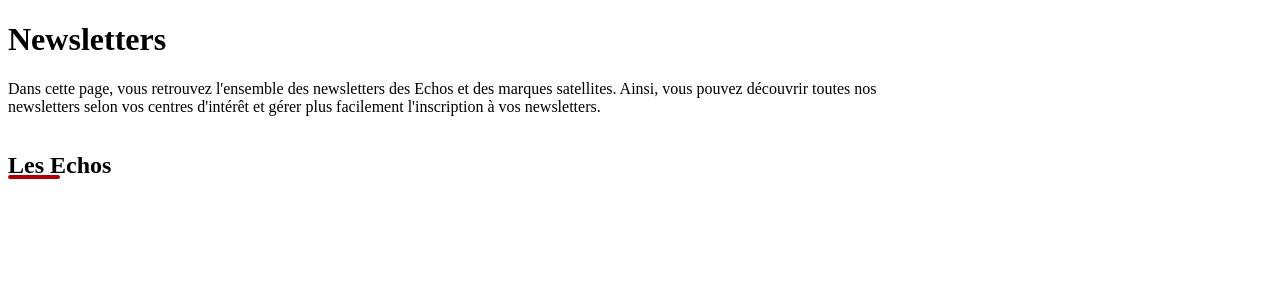
Repository: JeremyBeherec/technical-test-les-echos
Page: /
The author's editor kept a copy of each file at every save. The page is drawn from the files as they stood at one save, then again after the next save.
The browser window is 1280 px wide. The pictures show the whole page.
The project was rebuilt for these pictures with package versions that can differ from the ones it lists, and the page was loaded fresh each time. Also part of the build but not shown: vite.config.ts.

Above is the page before, as saved 2024-04-17 15:26:13.

### index.html
<!doctype html>
<html lang="en">
  <head>
    <meta charset="UTF-8" />
    <link rel="icon" href="/icon.png" />
    <meta name="viewport" content="width=device-width, initial-scale=1.0" />
    <title>Les Echos Newsletters</title>
  </head>
  <body>
    <div id="root"></div>
    <script type="module" src="/src/main.tsx"></script>
  </body>
</html>

### src/main.tsx
import React from 'react';
import ReactDOM from 'react-dom/client';
import 'tailwindcss/tailwind.css';

import { Router } from './Router.tsx';

ReactDOM.createRoot(document.getElementById('root')!).render(
  <React.StrictMode>
    <Router />
  </React.StrictMode>,
);

### src/Router.tsx
import { BrowserRouter, Routes, Route, Navigate } from 'react-router-dom';

import { Newsletters } from './components/pages/Newsletters';

export const Router = () => {
  return (
    <BrowserRouter>
      <Routes>
        {/** since there is no "home page" in this test, redirect the root path to the newsletters */}
        <Route path="/" element={<Navigate to="/newsletters" />} />
        <Route path="/newsletters" element={<Newsletters />} />
      </Routes>
    </BrowserRouter>
  );
}

### src/components/pages/Newsletters/index.ts
export * from './Newsletters';

### src/components/pages/Newsletters/Newsletters.tsx
import { Header } from './Header';
import './Newsletters.css';

export const Newsletters = () => {
  return (
    <div className="flex justify-center">
      <div className="flex flex-col gap-4 container border border-blue-700 p-4" style={{height: 500}}>
        <Header />

        <section className="flex flex-col">
          <div className="text-with-border">
            <h2 className="text-2xl font-bold uppercase">Les Echos</h2>
          </div>
        </section>
      </div>
    </div>
  );
}

### src/components/pages/Newsletters/Newsletters.css
.container {
  width: 70%;
}

.text-with-border {
  display: inline-block;
  position: relative;
}

.text-with-border * {
  display: inline-block;
  position: relative;
  height: 120%;
}

.text-with-border *::after {
  content: ""; /* Required for pseudo-elements */
  position: absolute; /* Position the pseudo-element relative to its container */
  bottom: 0; /* Position the pseudo-element at the bottom of the paragraph */
  left: 0; /* Align the pseudo-element with the start of the paragraph */
  width: 50%; /* Adjust the width of the border as needed */
  background-color: #b00005; /* Adjust the color of the border as needed */
  height: 4px;
  border-radius: 4px;
}

.title::after {
  content: "";
  background-color: red;
  width: 100%;
  height: 14;
  position: 'absolute';
  left: 0;
}

### src/components/pages/Newsletters/Header/Header.tsx
export const Header = () => {
  return (
    <header className="bg-gray-100 text-center py-6 px-4 rounded-lg">
      <h1 className="text-3xl font-bold uppercase mb-4">Newsletters</h1>

      <p>Dans cette page, vous retrouvez l'ensemble des newsletters des Echos et des marques satellites. Ainsi, vous pouvez découvrir toutes nos newsletters selon vos centres d'intérêt et gérer plus facilement l'inscription à vos newsletters.</p>
    </header>
  );
}

Loaded but not shown: src/components/pages/Newsletters/Header/index.ts (common file)

After the next save:
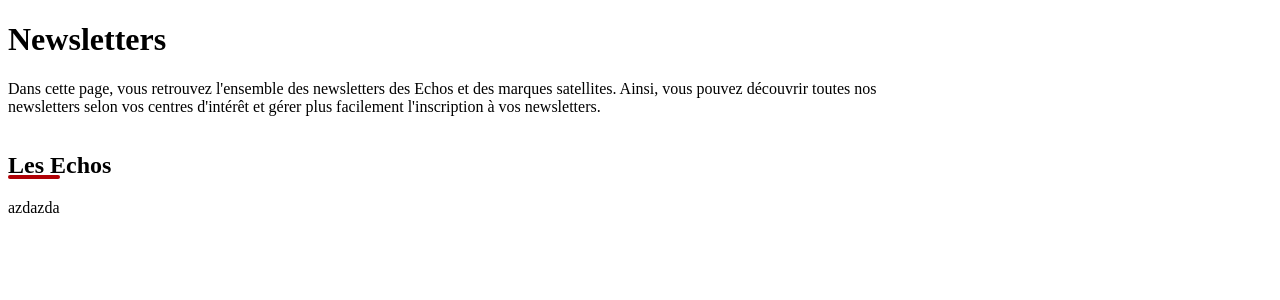
Saved 14 s later.
--- a/src/components/pages/Newsletters/Newsletters.tsx
+++ b/src/components/pages/Newsletters/Newsletters.tsx
@@ -11,6 +11,8 @@
           <div className="text-with-border">
             <h2 className="text-2xl font-bold uppercase">Les Echos</h2>
           </div>
+
+          <div>azdazda</div>
         </section>
       </div>
     </div>
